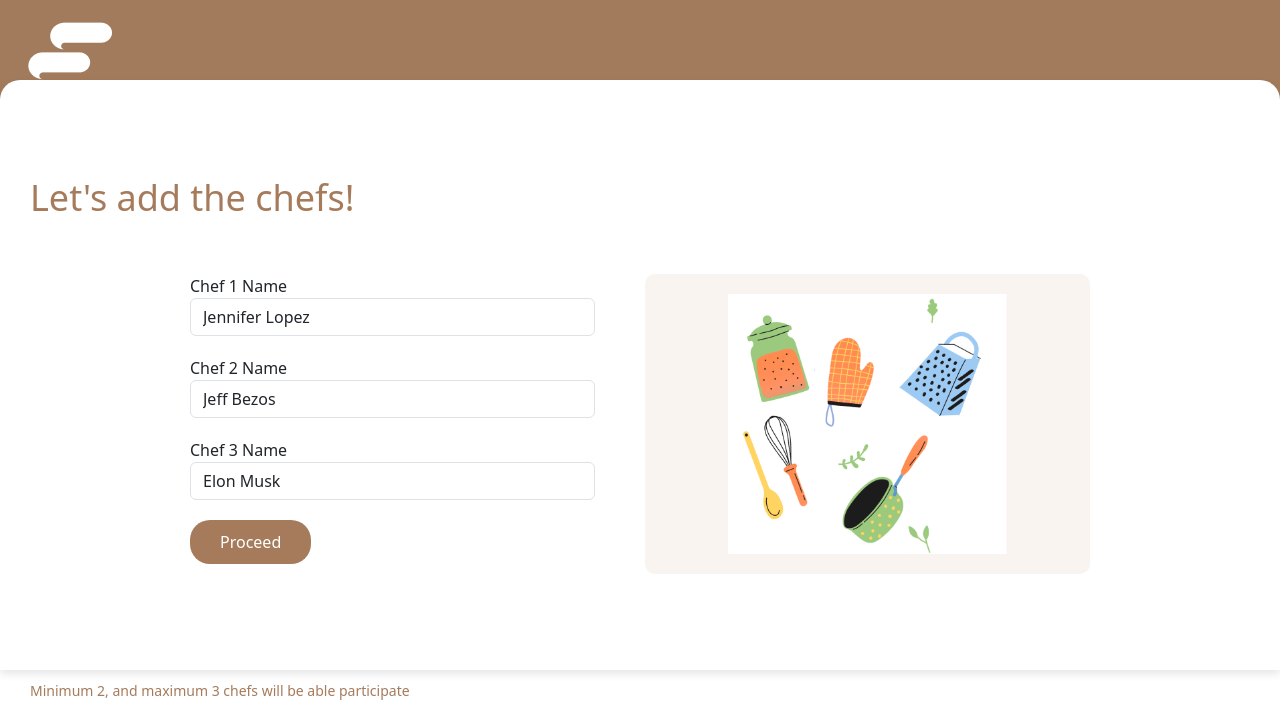
Repository: devashrisamani/SMC
Page: addchefs.html
These files come from the project's save history. The page is drawn as it stood at one moment and after the next save; the edit follows.
The browser window is 1280 px wide. The pictures show the whole page.

Above is the page before, as saved 2024-10-14 11:17:39.

After the next save:
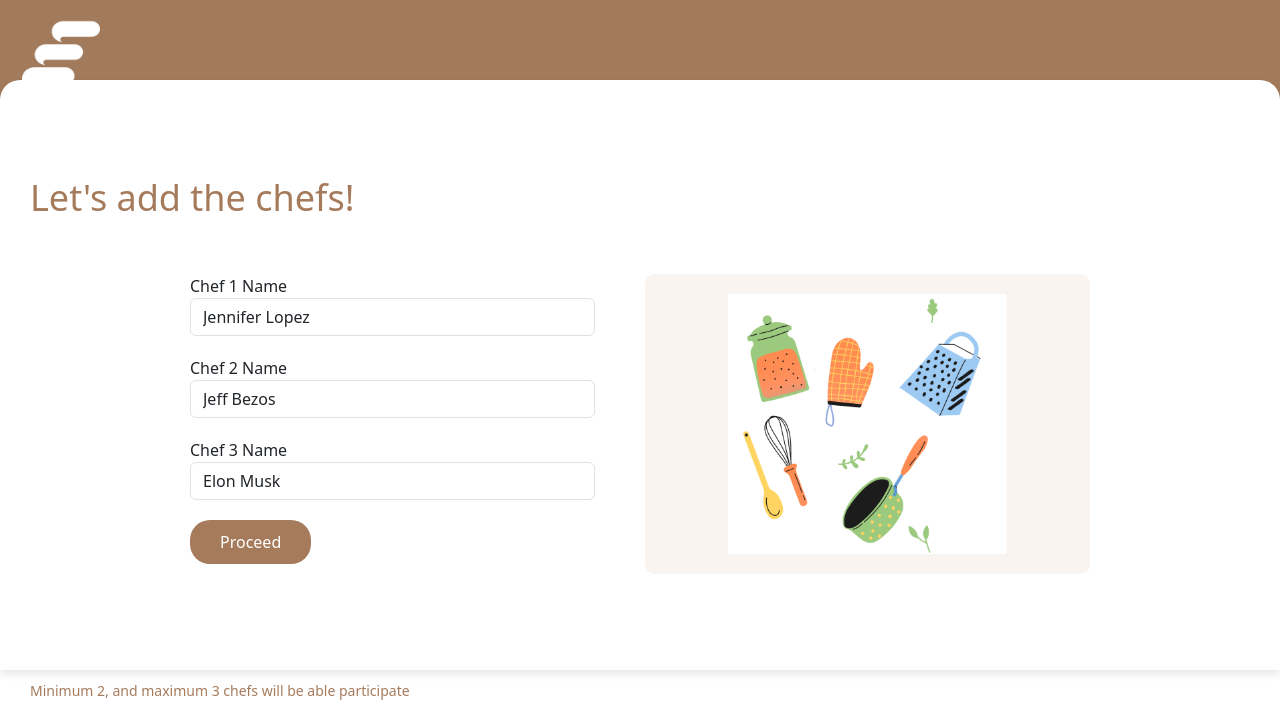
Saved 3 min 22 s later.
--- a/addchefs.html
+++ b/addchefs.html
@@ -76,6 +76,13 @@
         object-fit: cover; /* Ensures the image scales nicely */
       }
 
+      .logo {
+        max-height: 80px; /* Adjust the height of the logo to fit in the header */
+        width: auto; /* Ensure the width scales proportionally */
+        object-fit: contain; /* Ensure the image doesn't get cut off */
+        margin-left: 10px; /* Add some padding if needed to align it properly */
+      }
+
       /* Proceed button styles */
       .proceed-btn {
         background-color: #a67b5c;
